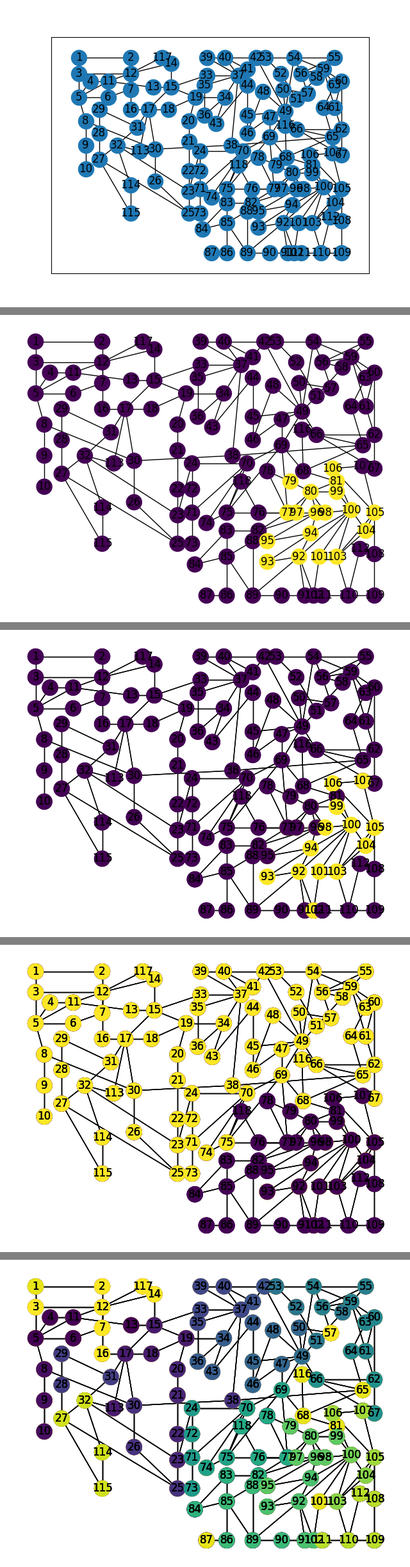
Repository: AyresNishio/Segmenta--o-118-barras
Script's output: python test_clustering.py
These files come from the project's save history. The script's output is drawn as it stood at one moment and after the next save; the edit follows.
The pictures are shown at 64% of full size.
Each picture stacks the figures in order, with grey between them; figures that are only written to a file come last. Random numbers start from a fixed seed.

Above is the script's output before, as saved 2021-09-20 23:17:03.

After the next save:
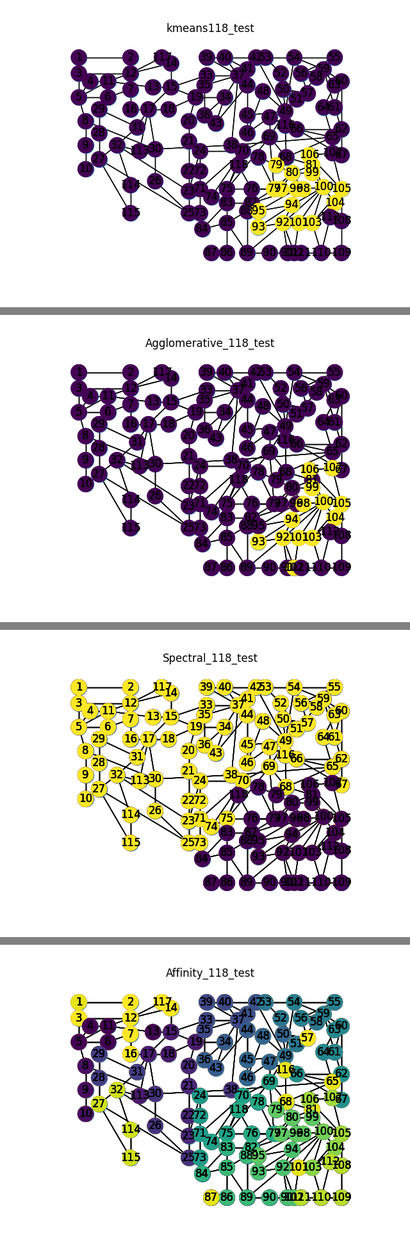
Saved 26 s later.
--- a/test_clustering.py
+++ b/test_clustering.py
@@ -167,7 +167,7 @@ coord = {
 #Monta G
 G  = Monta_sys(range(1,np.size(Ybus,0)+1),Ybus)
 nx.draw_networkx(G,coord,with_labels=True)
-plt.show()
+# plt.show()
 
 #Convert Grapgh into a matrix
 edge_mat = graph_to_edge_matrix(G)
